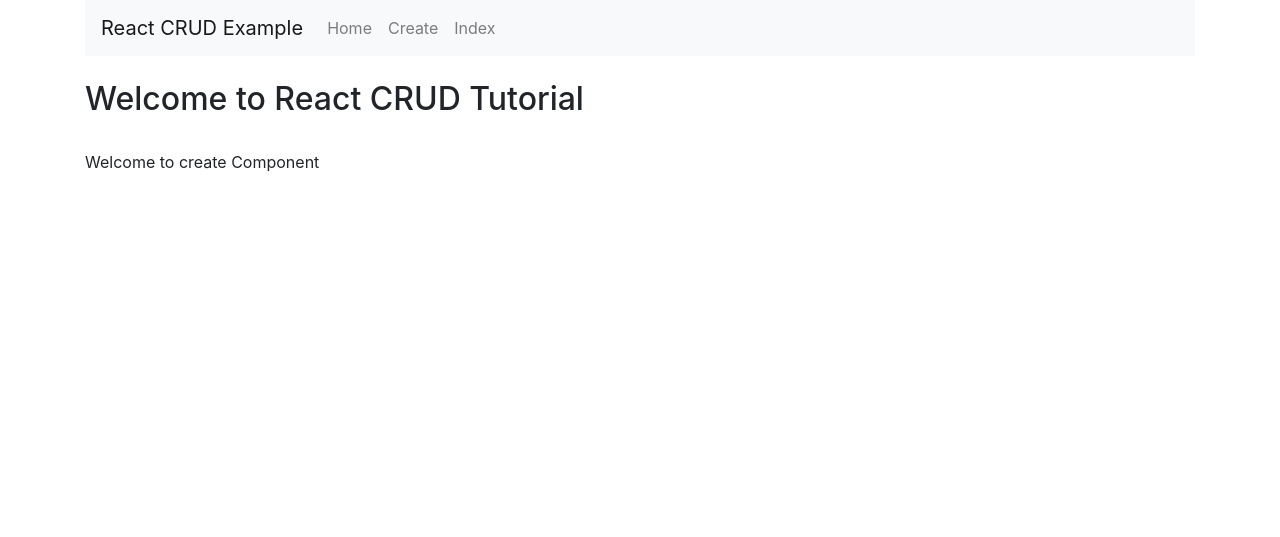
Repository: anushkagarg/crudreact
Page: /create
These files come from the project's save history. The page is drawn as it stood at one moment and after the next save; the edit follows.
The browser window is 1280 px wide. The pictures show the whole page.
The project was rebuilt for these pictures with package versions that can differ from the ones it lists, and the page was loaded fresh each time. Also part of the build but not shown: src/components/index.component.js, src/components/edit.component.js.

Above is the page before, as saved 2020-08-05 18:34:19.

After the next save:
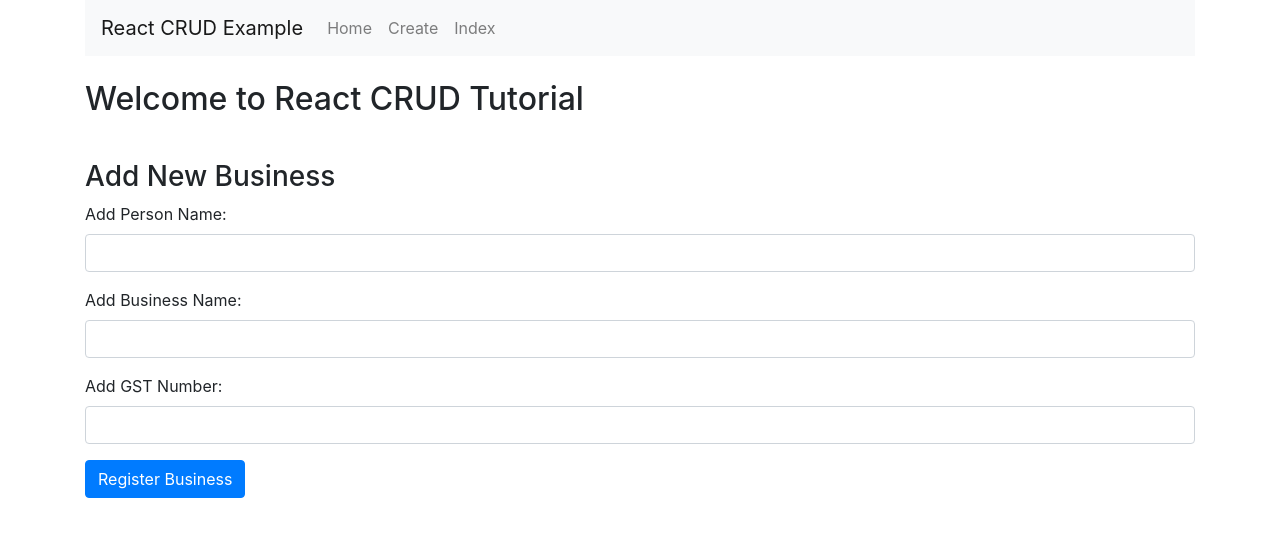
Saved 6 min 51 s later.
--- a/src/components/create.component.js
+++ b/src/components/create.component.js
@@ -4,8 +4,25 @@ export default class Create extends Component{
 
     render(){
         return (
-            <div>
-            <p> Welcome to create Component</p>
+            <div style={{marginTop: 10}}>
+                <h3>Add New Business</h3>
+                <form>
+                    <div className="form-group">
+                        <label>Add Person Name:  </label>
+                        <input type="text" className="form-control"/>
+                    </div>
+                    <div className="form-group">
+                        <label>Add Business Name: </label>
+                        <input type="text" className="form-control"/>
+                    </div>
+                    <div className="form-group">
+                        <label>Add GST Number: </label>
+                        <input type="text" className="form-control"/>
+                    </div>
+                    <div className="form-group">
+                        <input type="submit" value="Register Business" className="btn btn-primary"/>
+                    </div>
+                </form>
             </div>
         )
     }
